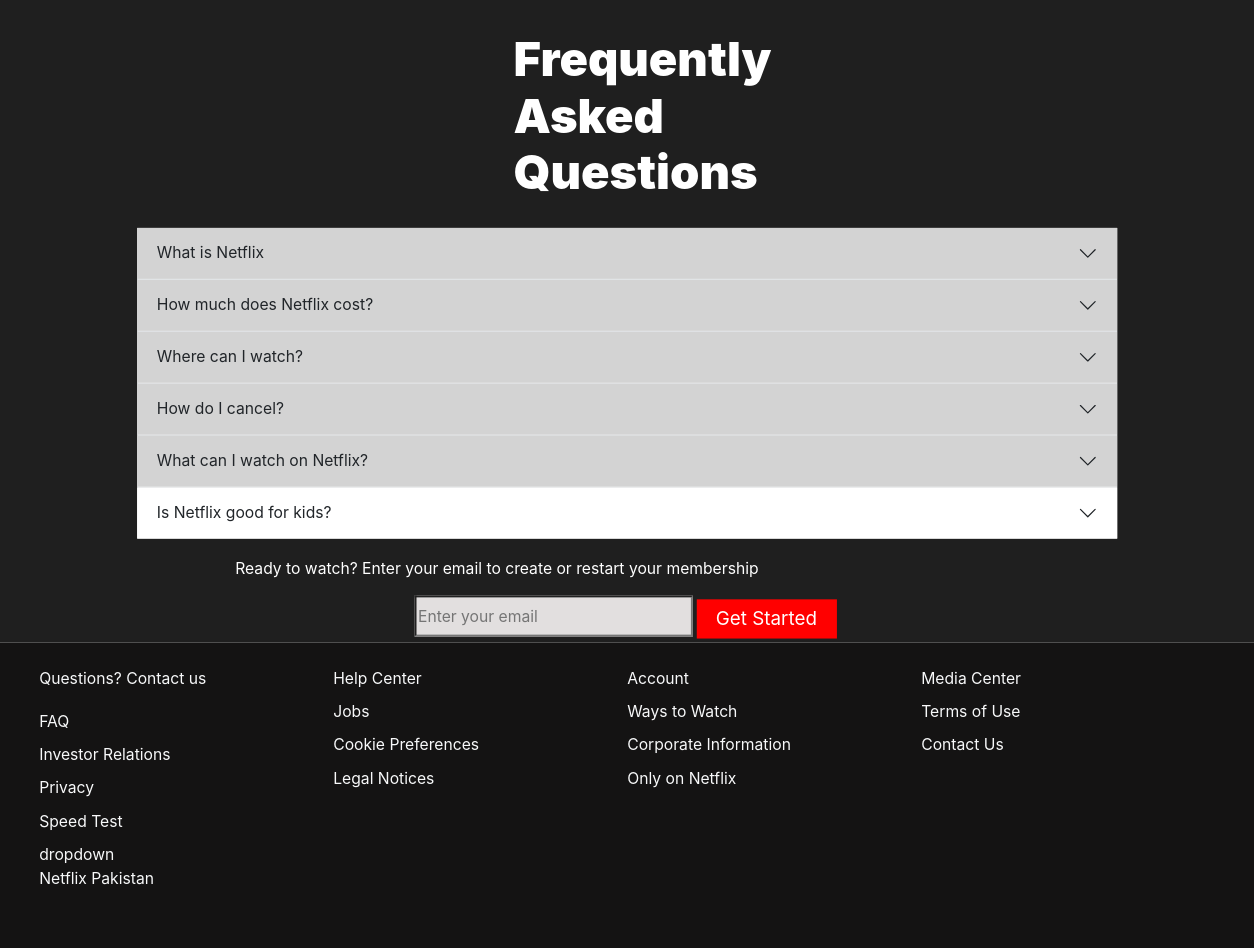
Repository: WajihaGul/Netflix-Clone
Page: /
The author's editor kept a copy of each file at every save. The page is drawn from the files as they stood at one save, then again after the next save.
The browser window is 1280 px wide. The pictures show the part of the page from y = 621 to 1589 px (the page is 1589 px tall), at 98% of full size.
The project was rebuilt for these pictures with package versions that can differ from the ones it lists, and the page was loaded fresh each time. Also part of the build but not shown: src/App.css.

Above is the page before, as saved 2024-05-24 16:39:45.

After the next save:
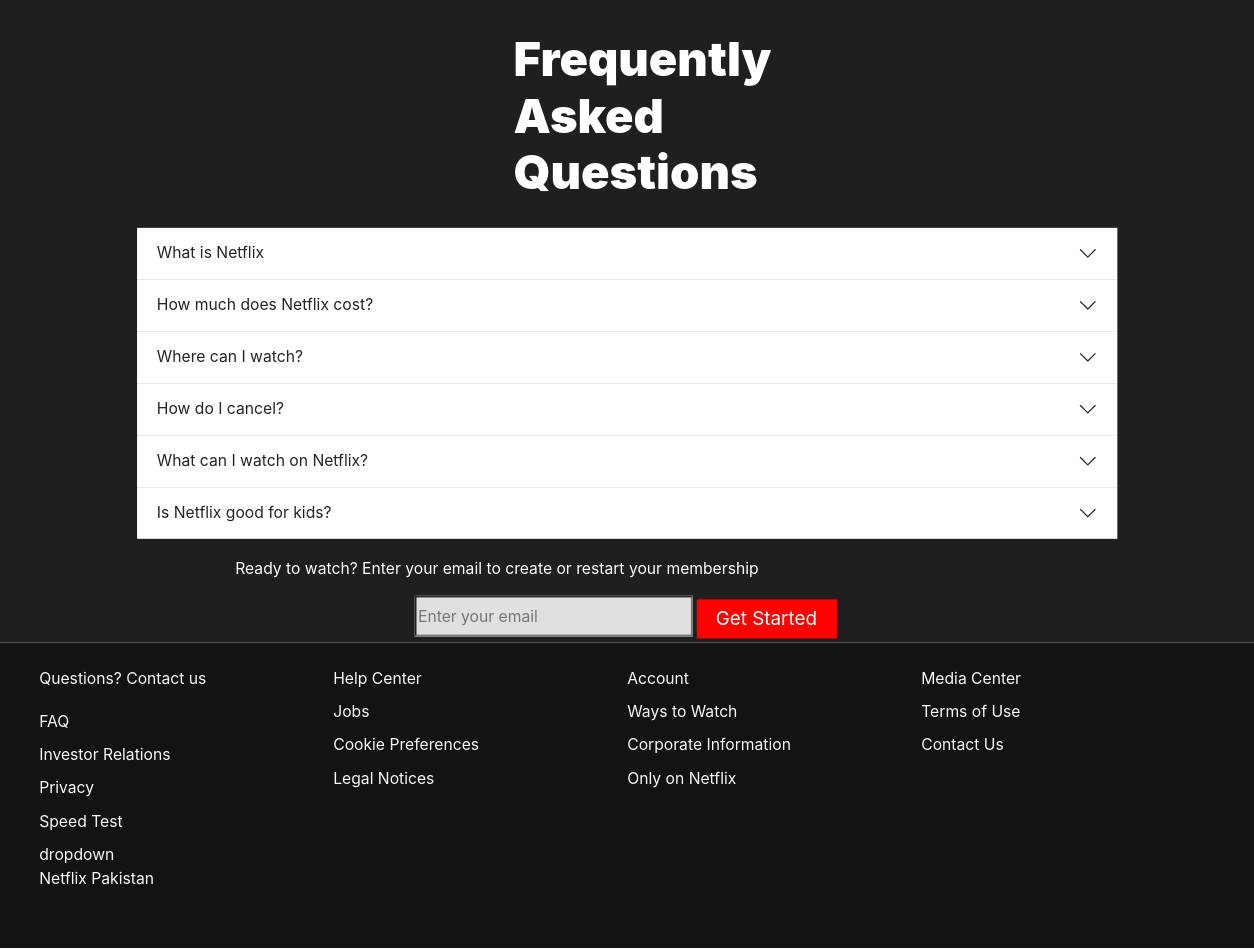
Saved 53 s later.
--- a/src/Components/FAQs/FAQs.jsx
+++ b/src/Components/FAQs/FAQs.jsx
@@ -18,7 +18,7 @@
                 data-bs-target="#flush-collapseOne"
                 aria-expanded="false"
                 aria-controls="flush-collapseOne"
-                style={{ backgroundColor: "lightgray" }}
+                style={{ backgroundColor: "#7e7d7d;" }}
               >
                 What is Netflix
               </button>
@@ -47,7 +47,7 @@
                 data-bs-target="#flush-collapseTwo"
                 aria-expanded="false"
                 aria-controls="flush-collapseTwo"
-                style={{ backgroundColor: "lightgray" }}
+                style={{ backgroundColor: "#7e7d7d;" }}
               >
                 How much does Netflix cost?
               </button>
@@ -73,7 +73,7 @@
                 data-bs-target="#flush-collapseThree"
                 aria-expanded="false"
                 aria-controls="flush-collapseThree"
-                style={{ backgroundColor: "lightgray" }}
+                style={{ backgroundColor: "#7e7d7d;" }}
               >
                 Where can I watch?
               </button>
@@ -104,7 +104,7 @@
                 data-bs-target="#flush-collapseOne"
                 aria-expanded="false"
                 aria-controls="flush-collapseOne"
-                style={{ backgroundColor: "lightgray" }}
+                style={{ backgroundColor: "#7e7d7d;" }}
               >
                 How do I cancel?
               </button>
@@ -131,7 +131,7 @@
                 data-bs-target="#flush-collapseTwo"
                 aria-expanded="false"
                 aria-controls="flush-collapseTwo"
-                style={{ backgroundColor: "lightgray" }}
+                style={{ backgroundColor: "#7e7d7d;" }}
               >
                 What can I watch on Netflix?
               </button>
